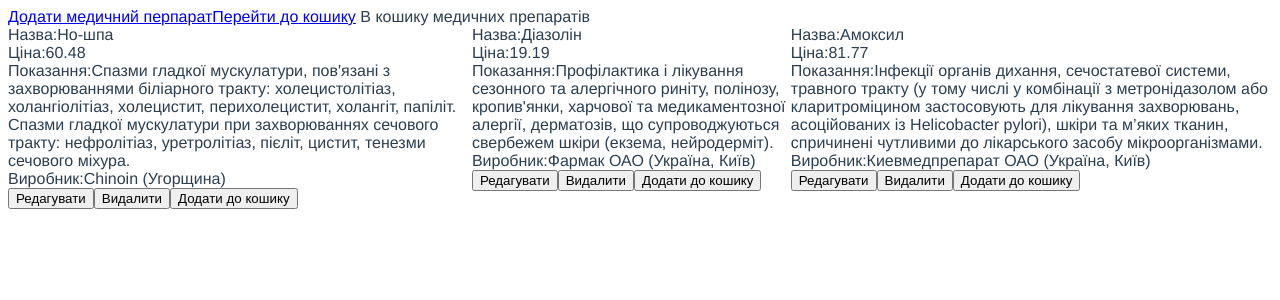
Repository: kristinap8/pharmacy
Page: /
An editor plug-in stored every save of this project. The page is shown before and after the next save, followed by the edit.
The browser window is 1280 px wide. The pictures show the whole page.
The project was rebuilt for these pictures with package versions that can differ from the ones it lists, and the page was loaded fresh each time. Also part of the build but not shown: src/components/AddMedicineForm/index.vue, src/pages/AddMedicine/index.vue, src/components/EditMedicineForm/index.vue, src/pages/EditMedicine/index.vue, src/components/CartForm/CartItem/index.vue, src/components/CartForm/index.vue, src/pages/Cart/index.vue.

Above is the page before, as saved 2020-12-09 13:59:49.

### src/main.js
import Vue from 'vue'
import App from './App.vue'
import router from "./router"
import store from "./store"

Vue.config.productionTip = false

new Vue({
  store,
  router,
  render: h => h(App),
}).$mount('#app')

### src/App.vue
<template>
  <div id="app">
    <router-view/>
  </div>
</template>

<script>
export default {
  name: "App",
  components: {},
};
</script>

<style>
#app {
  font-family: Avenir, Helvetica, Arial, sans-serif;
  -webkit-font-smoothing: antialiased;
  -moz-osx-font-smoothing: grayscale;
  color: #2c3e50;
}
</style>

### src/router.js
import Vue from "vue";
import VueRouter from "vue-router";
import AddMedicine from "@/pages/AddMedicine";
import EditMedicine from "@/pages/EditMedicine";
import AllMedicines from "@/pages/AllMedicines";
import Cart from "@/pages/Cart";

Vue.use(VueRouter);

const routes=[
    {
        path:'/',
        name:'all-medicines',
        component:AllMedicines
    },
    {
        path:'/edit_medicine/:medicine_id',
        name:'edit-medicine',
        component:EditMedicine
    },
    {
        path:'/add_medicine',
        name:'add-medicine',
        component:AddMedicine
    },
    {
        path:'/cart',
        name:'cart',
        component:Cart
    },

]

const router=new VueRouter({
    mode:"history",
    routes
});

export default router;

### src/store/index.js
import Vue from "vue";
import Vuex from "vuex";
import { v4 as uuid_v4 } from 'uuid'

Vue.use(Vuex)

const store=new Vuex.Store({
    state:{
      medicinesList:[
          {
              id:1,
              name:'Но-шпа',
              price:60.48,
              requirements:"Спазми гладкої мускулатури, пов'язані з захворюваннями біліарного тракту: холецистолітіаз, холангіолітіаз, холецистит, перихолецистит, холангіт, папіліт. Спазми гладкої мускулатури при захворюваннях сечового тракту: нефролітіаз, уретролітіаз, пієліт, цистит, тенезми сечового міхура.",
              maker:"Chinoin (Угорщина)"

          },
          {
            id:2,
            name:"Діазолін",
            price:19.19,
            requirements:"Профілактика і лікування сезонного та алергічного риніту, полінозу, кропив'янки, харчової та медикаментозної алергії, дерматозів, що супроводжуються свербежем шкіри (екзема, нейродерміт).",
            maker:"Фармак ОАО (Україна, Київ)"

        },
        {
            id:3,
            name:"Амоксил",
            price:81.77,
            requirements:"Інфекції органів дихання, сечостатевої системи, травного тракту (у тому числі у комбінації з метронідазолом або кларитроміцином застосовують для лікування захворювань, асоційованих із Helicobacter pylori), шкіри та м’яких тканин, спричинені чутливими до лікарського засобу мікроорганізмами.",
            maker:"Киевмедпрепарат ОАО (Україна, Київ)"

        }
      ],
      cart:[]
    },
    mutations:{
        addMedicine(state, data) {
            state.medicinesList.push({
             id: uuid_v4(),
             ...data,
           })
         },
         deleteMedicine(state,id){
             let medicines=state.medicinesList.filter(medicine=>medicine.id!=id)
             state.medicinesList=medicines;
         },
         editMedicine(state,medicine){
             state.medicinesList.forEach(m=>{
                 if(m.id==medicine.id){
                     m=medicine;
                 }
             } )
         },
         addToCart(state,medicine){
             if(state.cart)
             {
                 let isMedicineExists=false;
                 state.cart.map(function (item) {
                     if(item.id==medicine.id)
                     isMedicineExists=true;
                     item.quantity++;
                     item.totalPrice=item.quantity*item.price;
                 })
                 if(!isMedicineExists){
                    state.cart.push(medicine)
                    Vue.set(medicine,'quantity',1)
                    Vue.set(medicine,'totalPrice',medicine.price)
                 }
             }
             else{
                state.cart.push(medicine)
                Vue.set(medicine,'quantity',1)
                Vue.set(medicine,'totalPrice',medicine.price)
             }

         }
    },
    actions:{
        addMedicine({ commit }, medicine) {
            commit('addMedicine', medicine)
          },
          deleteMedicine({commit},id){
              commit('deleteMedicine',id)
          },
          editMedicine({commit},medicine){
              commit('editMedicine',medicine)
          },
          addToCart({commit},medicine){
              commit('addToCart',medicine)
          }
    },
    getters:{
        getMedicines:(state)=> state.medicinesList,
        getMedicineById:(state)=>(id)=>{return state.medicinesList.find(m=>m.id===id)},
        getMedicinesInCart:(state)=>state.cart,
        getCartMedicinesCount:(state)=>state.cart.length
    },
    modules:{

    }
})

export default store

### src/pages/AllMedicines/index.vue
<template>
    <div>
        <router-link to="/add_medicine">Додати медичний перпарат</router-link>
        <router-link to="/cart">Перейти до кошику</router-link>
        В кошику {{getCartProductsCount}} медичних препаратів
     <medicines-list/>
    </div>
</template>

<script>
import { mapGetters } from 'vuex'
import MedicinesList from "../../components/MedicinesList"
    export default {
        name:"AllMedicine",
        components: {
            MedicinesList,
        },
        computed: {
            ...mapGetters(['getCartProductsCount']),
        },
    }
</script>

<style lang="scss" scoped>

</style>

### src/components/MedicinesList/index.vue
<template>
    <div>
     <div class="list-container">
    <medicine-card
    v-for="medicine in getMedicines"
    :key="medicine.id"
    :id="medicine.id"
    :name="medicine.name"
    :price="medicine.price"
    :requirements="medicine.requirements"
    :maker="medicine.maker"
    />
     </div>
    </div>
</template>

<script>
import { mapGetters } from 'vuex'
import MedicineCard from "./MedicineCard"
    export default {
        name:"MedicinesList",
        components: {
       MedicineCard,
        },
        computed: {
            ...mapGetters(['getMedicines']),
        },
    }
</script>

<style lang="scss" scoped>
  .list-container{
      display: flex;
  }
</style>

### src/components/MedicinesList/MedicineCard/index.vue
<template>
    <div class="card-container">
    <div>Назва:{{name}}</div>
    <div>Ціна:{{price}}</div>
    <div>Показання:{{requirements}}</div>
    <div>Виробник:{{maker}}</div>
    <button @click="onEditMedicine">Редагувати</button>
    <button @click="onDeleteMedicine(id)">Видалити</button>
    <button @click="onAddToCart">Додати до кошику</button>
    </div>
</template>

<script>
import { mapActions } from 'vuex'
  export default {
        name:"MedicineCard",
        props: {
            id: {
                type: [String,Number],
                required:true,
            },
            name: {
                type: String,
                default:"Назва препарату не вказана"
            },
            price:{
                type:[String,Number],
                default:0
            },
            requirements:{
                type:String,
                default:"Показань до застосування не вказано"
            },
            maker:{
                type:String,
                default:"Виробника не вказано"
            }

        },
        methods: {
            onDeleteMedicine(id) {
                this.$store.dispatch("deleteMedicine",id)
             },
            onEditMedicine(){
                this.$router.push({
                    name:'edit-medicine',
                    params:{medicine_id:this.id}
                })
            },
            ...mapActions(['addToCart']),
            onAddToCart(){
                const{id,name,price,requirements,maker}=this
                this.addToCart({id,name,price,requirements,maker})
            }
        },
    }
</script>

<style lang="scss" scoped>

</style>

Loaded but not shown: public/index.html (common file)

After the next save:
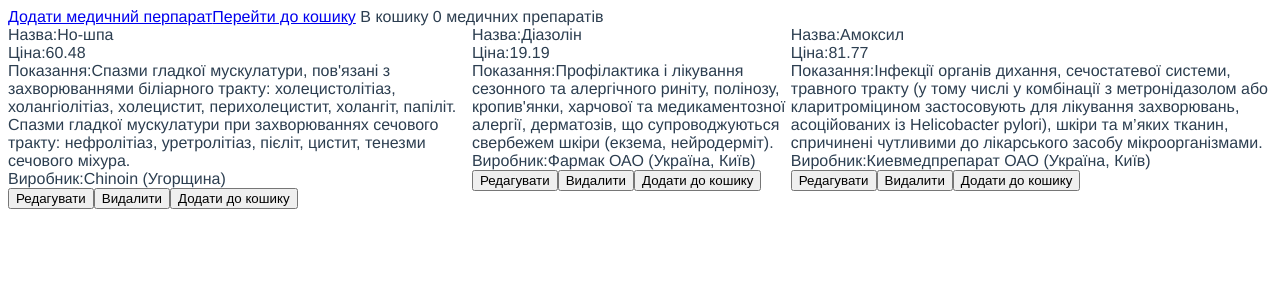
Saved 3 min 48 s later.
--- a/src/pages/AllMedicines/index.vue
+++ b/src/pages/AllMedicines/index.vue
@@ -2,7 +2,7 @@
     <div>
         <router-link to="/add_medicine">Додати медичний перпарат</router-link>
         <router-link to="/cart">Перейти до кошику</router-link>
-        В кошику {{getCartProductsCount}} медичних препаратів
+        В кошику {{getCartMedicinesCount}} медичних препаратів
      <medicines-list/>
     </div>
 </template>
@@ -16,7 +16,7 @@ import MedicinesList from "../../components/MedicinesList"
             MedicinesList,
         },
         computed: {
-            ...mapGetters(['getCartProductsCount']),
+            ...mapGetters(['getCartMedicinesCount']),
         },
     }
 </script>

After the save that followed:
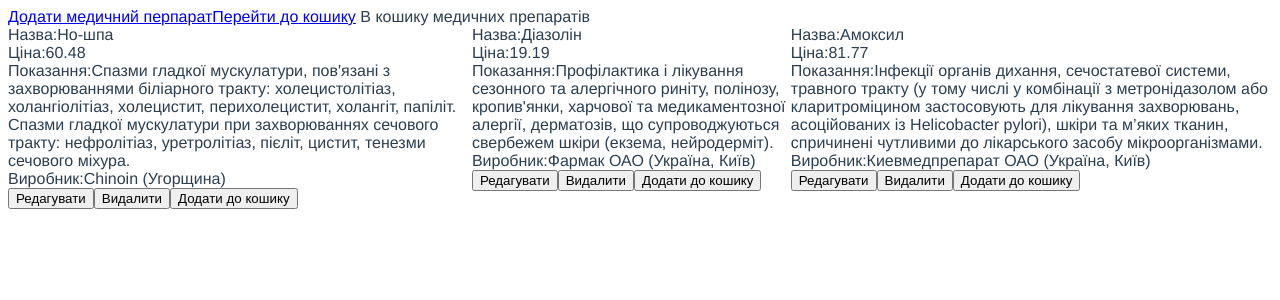
Saved 11 min 0 s later.
--- a/src/store/index.js
+++ b/src/store/index.js
@@ -94,8 +94,7 @@ const store=new Vuex.Store({
         getMedicines:(state)=> state.medicinesList,
         getMedicineById:(state)=>(id)=>{return state.medicinesList.find(m=>m.id===id)},
         getMedicinesInCart:(state)=>state.cart,
-        getCartMedicinesCount:(state)=>state.cart.length
-    },
+     },
     modules:{
 
     }
